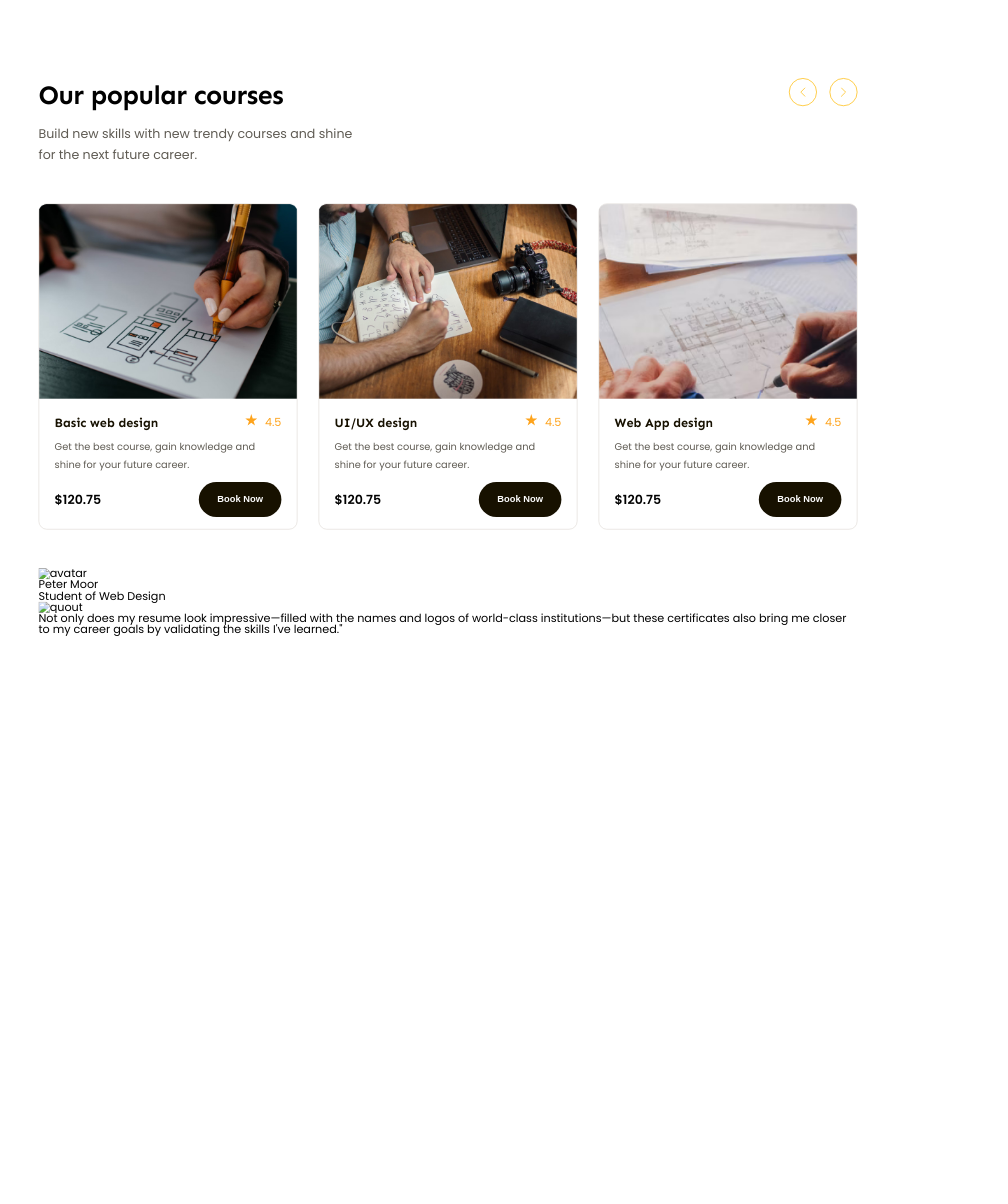
Repository: Toihoclaptrinh/duan1_figma
Page: index.html
The author's editor kept a copy of each file at every save. The page is drawn from the files as they stood at one save, then again after the next save.
The browser window is 1280 px wide. The page is 1280 px wide, then 1440 px, then 1280 px, so the pictures cover 1440 px, including what lies to the right of the window. The pictures show the part of the page from y = 991 to 2711 px (the page is 10000 px tall), at 70% of full size.

Above is the page before, as saved 2024-02-09 23:09:28.

### index.html
<!DOCTYPE html>
<html lang="en">
  <head>
    <meta charset="UTF-8" />
    <meta name="viewport" content="width=device-width, initial-scale=1.0" />
    <!-- reset css -->
    <link rel="stylesheet" href="./assets/css/reset.css" />
    <!-- embet font -->
    <link rel="preconnect" href="https://fonts.googleapis.com" />
    <link rel="preconnect" href="https://fonts.gstatic.com" crossorigin />
    <link
      href="https://fonts.googleapis.com/css2?family=Poppins:ital,wght@0,400;0,500;0,600;0,700;1,400&family=Sen:wght@700&display=swap"
      rel="stylesheet"
    />

    <!-- style css -->
    <link rel="stylesheet" href="./assets/css/style.css" />

    <title>Figma</title>
  </head>
  <body style="height: 10000px">
    <!-- header -->
    <header class="header fixed">
      <div class="main-content">
        <div class="body">
          <!-- logo -->
          <img src="./assets/icon/Lesson..svg" alt="Lesson" />
          <!-- navigation -->
          <nav class="nav">
            <ul>
              <li class="active">
                <a href="#!">Home</a>
              </li>
              <li>
                <a href="#!">Courses</a>
              </li>
              <li>
                <a href="#!">Pricing</a>
              </li>
              <li>
                <a href="#!">Reviews</a>
              </li>
            </ul>
          </nav>
          <!-- btn action -->
          <div class="action">
            <a href="#!" class="btn btn-sign-up">Sign Up</a>
          </div>
        </div>
      </div>
    </header>

    <main>
       <!-- code phần hero -->
      <div class="hero">
        <div class="main-content">
          <div class="body">
            <!-- hero left -->
            <div class="media-block">
              <img
                src="./assets/img/guy-lesson 1.jpg"
                alt="ảnh minh họa"
                class="img"
              />
              <div class="hero-summary">
                <!-- item 1 -->
                <div class="item">
                  <div class="icon">
                    <img src="./assets/icon/Design.svg" alt="icon design" />
                  </div>
                  <div class="info">
                    <p class="label">20 Courses</p>
                    <p class="title">UI/UX Design</p>
                  </div>
                </div>
                <!-- item 2 -->
                <div class="item">
                  <div class="icon icon2">
                    <img src="./assets/icon/Dev.svg" alt="icon dev" />
                  </div>
                  <div class="info">
                    <p class="label">20 Courses</p>
                    <p class="title">Development</p>
                  </div>
                </div>
                <!-- item 3 -->
                <div class="item">
                  <div class="icon icon3">
                    <img src="./assets/icon/Mark.svg" alt="icon marketing" />
                  </div>
                  <div class="info">
                    <p class="label">30 Courses</p>
                    <p class="title">Marketing</p>
                  </div>
                </div>
              </div>
            </div>
              <!-- hero-right -->
              <div class="contain-block">
                <h1 class="heading">
                  Learn without limits and spread knowledge.
                </h1>
                <p class="desc">
                  Build new skills for that “this is my year” feeling with
                  courses, certificates, and degrees from world-class
                  universities and companies.
                </p>
                <div class="cta-group">
                  <a href="#!" class="btn">See Courses</a>
                  <button class="watch-video">
                    <div class="icon">
                      <img src="./assets/icon/Polygon 2.svg" alt="play video" />
                    </div>
                    <span>Watch Video</span>
                  </button>
                </div>
                <p class="desc descRecent">Recent engagement</p>
                <p class="desc descstrong" >
                  <strong>50K</strong> Students <strong>70+</strong> Courses
                </p>
              </div>
          </div>
        </div>
        </div>
      </div>
       <!-- code phần pupular -->
      <div class="popular">
        <div class="main-content">
          <div class="pupular-top">
            <!-- khối bên trái  -->
            <div class="info">
              <h2 class="heading-lv2">Our popular courses</h2>
              <p class="desc">Build new skills with new trendy courses and shine for the next future career.</p>
            </div>
              <div class="controls">
                <button class="control-btn">
                  <svg width="8" height="14" viewBox="0 0 8 14" fill="none" xmlns="http://www.w3.org/2000/svg">
                    <path d="M7 1L1 7L7 13" stroke="currentColor" stroke-linecap="round" stroke-linejoin="round"/>
                    </svg>
                </button>
                <button class="control-btn">
                  <svg width="8" height="14" viewBox="0 0 8 14" fill="none" xmlns="http://www.w3.org/2000/svg">
                    <path d="M1 1L7 7L1 13" stroke="currentColor" stroke-linecap="round" stroke-linejoin="round"/>
                    </svg>
                </button>
              </div>
          </div>
          <div class="courses-list">
            <!-- khối thứ 1  -->
            <div class="courses-item">
              <a href="#!"><img src="./assets/img/thumb.jpg" alt="Basic web design" class="thumb"></a>
              <div class="info">
                <div class="head">
                  <h3 class="title"><a href="#!">Basic web design</a></h3>
                  <div class="rating">
                      <img src="./assets/icon/Star.svg" alt="star" class="star">
                      <span class="value">4.5</span>
                   </div>
                </div>

              <div class="desc">
                <p>Get the best course, gain knowledge and shine for your future career.</p>
              </div>
              <div class="foot">
                <span class="price">$120.75</span>
                <button class="btn">Book Now</button>
              </div>
            </div>
          </div>
            <!-- khối thứ 2 -->
            <div class="courses-item">
             <a href="#!"> <img src="./assets/img/thum2.jpg" alt="UI/UX design" class="thumb"></a>
              <div class="info">
                <div class="head">
                  <h3 class="title"><a href="#!">UI/UX design</a></h3>
                  <div class="rating">
                    <img src="./assets/icon/Star.svg" alt="star" class="star">
                      <span class="value">4.5</span>
                   </div>
                </div>

              <div class="desc">
                <p>Get the best course, gain knowledge and shine for your future career.</p>
              </div>
              <div class="foot">
                <span class="price">$120.75</span>
                <button class="btn">Book Now</button>
              </div>
            </div>
          </div>
            <!-- khối thứ 3 -->
            <div class="courses-item">
              <a href="#!"><img src="./assets/img/thumb3.png" alt="Web App design" class="thumb"></a>
              <div class="info">
                <div class="head">
                  <h3 class="title"><a href="#!">Web App design</a></h3>
                  <div class="rating">
                    <img src="./assets/icon/Star.svg" alt="star" class="star">
                      <span class="value">4.5</span>
                   </div>
                </div>
                <div class="desc">
                  <p>Get the best course, gain knowledge and shine for your future career.</p>
                </div>
                <div class="foot">
                  <span class="price">$120.75</span>
                  <button class="btn">Book Now</button>
                </div>
            </div>
          </div>
        </div>
        </div>
     </div>
     <!-- code phần feedback -->
     <div class="feedback">
        <div class="main-content">
          <div class="feedback-list">
            <div class="feedback-items">
              <!-- khối bên trái -->
                <div class="info">
                  <img src="#!" alt="avatar" class="avtar">
                  <p class="name">Peter Moor</p>
                  <p class="desc">Student of Web Design</p>
                  <div class="dots">
                    <span class="dot"></span>
                    <span class="dot"></span>
                    <span class="dot"></span>
                  </div>
                </div>
                <!-- khối bên phải -->
                <div class="describe">
                  <img src="#!" alt="quout" class="quot">
                  <p class="desc"> Not only does my resume look impressive—filled with the names and logos of
                    world-class institutions—but these certificates also bring me closer to my career goals by
                    validating the skills I've learned." </p>
                </div>
            </div>
          </div>
        </div>
     </div>
    </main>
  </body>
</html>

### assets/css/style.css
/* font
 font-family: 'Poppins', sans-serif;
font-family: 'Sen', sans-serif;
 */

/* Phần code chung */

:root {
  --font-heading: "Sen", sans-serif;
  --primary-color: #ffb900;
}

* {
  box-sizing: border-box;
}
html {
  font-size: 62.5%;
}
body {
  font-size: 1.6rem;
  font-family: "Poppins", sans-serif;
}

a {
  text-decoration: none;
}

.heading-lv2 {
  font-family: var(--font-heading);
  font-size: 3.8rem;
  font-weight: 700;
  line-height: 1.27;
  letter-spacing: -0.76px;
}

/* code phần khối giao diện */
.main-content {
  width: 1170px;
  margin-left: auto;
  margin-right: auto;
  max-width: calc(100% - 48px);
}

/* Phần header */
.header {
  background: #fffcf4;
}
.header.fixed {
  position: sticky;
  /* phần phía trên sign up cách phía trên 8px cho bằng với phần bên dưới,nên để top -28px(36px-8),để âm 28 để cho phần
  thừa ra bị ẩn đi */
  top: -28px;
  z-index: 1;
}

.header .body {
  display: flex;
  align-items: center;
  padding: 36px 0px 8px;
}

.nav ul {
  display: flex;
}
.nav {
  margin-left: auto;
}

/* Thanh điều hướng */
.nav a {
  position: relative;
  color: #5f5b53;
  font-size: 1.6rem;
  padding: 8px 21px;
}

/* Dùng shadow tạo hiệu ứng in đậm khi hover  */
.nav li.active a,
.nav a:hover {
  color: #171100;
  text-shadow: 1px 0px 0px currentColor;
}

/* tạo dấu gạch chân dưới Home */
.nav li.active a::after {
  left: 21px;
  bottom: 6px;
  position: absolute;
  display: block;
  content: "";
  width: 12px;
  height: 2px;
  border-radius: 1px;
  background: #171100;
}

/* sign-up  */
.btn {
  display: inline-block;
  line-height: 50px;
  padding: 0 16px;
  min-width: 118px;
  color: #fff;
  text-align: center;
  font-weight: 600;
  border-radius: 999px;
  background: #171100;
}

.btn:hover {
  opacity: 0.9;
}

.header .btn-sign-up {
  min-width: 144px;
}

.header .action {
  margin-left: 49px;
}

/* phần hero  */

.hero {
  padding: 56px 0 65px;
  background-color: #fffcf4;
}

.hero .body {
  display: flex;
}

/* =========== hero left ================== */

.hero .media-block {
  width: 48%;
  position: relative;
}

.hero .media-block .img {
  width: 470px;
  height: 685px;
  object-fit: cover;
  border-radius: 20px;
}

.hero .hero-summary {
  width: 270px;
  padding: 24px;
  position: absolute;
  bottom: 48px;
  left: 300px;
  border-radius: 20px;
  background-color: #ffffff;
}

.hero-summary .item {
  display: flex;
  align-items: center;
}

.hero-summary .item + .item {
  margin-top: 22px;
}

.hero-summary .icon {
  width: 48px;
  height: 48px;
  border-radius: 50%;
  display: flex;
  justify-content: center;
  background-color: #fff9e8;
}

.hero-summary .icon2 {
  background-color: #fcefff;
}

.hero-summary .icon2 {
  background-color: #ebeaff;
}

.hero-summary .info {
  margin-left: 16px;
}

.hero-summary .info .label {
  font-size: 1.4rem;
  line-height: 1.86;
  color: #5f5b53;
}

.hero-summary .info .title {
  font-size: 1.4rem;
  color: #171100;
  line-height: 1.67;
  font-weight: 600;
}

/* =============== hero right ======= */

.hero .contain-block {
  width: 52%;
  padding-left: 130px;
  padding-top: 64px;
}

.hero .heading {
  color: #171100;
  font-family: var(--font-heading);
  font-size: 5.8rem;
  font-weight: 700;
  line-height: 1.17;
  letter-spacing: -1.16px;
}

.hero .desc {
  margin-top: 22px;
  font-size: 1.8rem;
  line-height: 1.67;
  color: #5f5b53;
}

.hero .cta-group {
  display: flex;
  margin-top: 38px;
  align-items: center;
}

.hero .btn {
  min-width: 180px;
  background-color: var(--primary-color);
  line-height: 64px;
}

.hero .watch-video {
  margin-left: 28px;
  border: none;
  background-color: transparent;
  display: flex;
  align-items: center;
  cursor: pointer;
}

.hero .watch-video .icon {
  width: 40px;
  height: 40px;
  background-color: #ffffff;
  border-radius: 40px;
  display: flex;
  align-items: center;
  justify-content: center;
  box-shadow: rgba(67, 71, 85, 0.27) 0px 0px 0.25em,
    rgba(90, 125, 188, 0.05) 0px 0.25em 1em;
}

.hero .watch-video span {
  margin-left: 14px;
  font-size: 1.8rem;
  font-weight: 600;
  line-height: 1.67;
}

.hero .descRecent {
  margin-top: 48px;
}

.hero .descstrong strong {
  font-family: var(--font-heading);
  font-size: 4.4rem;
  font-weight: 700;
  line-height: 1.23;
  color: #171100;
  margin-right: 15px;
}

.hero .descstrong {
  margin-top: 8px;
}

.hero .descstrong strong:nth-child(2) {
  margin-left: 28px;
}

.popular {
  padding: 65px 0px 55px;
  margin-top: 135px;
}

.pupular-top {
  display: flex;
  justify-content: space-between;
}

.pupular-top .desc {
  width: 458px;
  color: #5f5b53;
  font-size: 1.8rem;
  font-weight: 400;
  line-height: 1.67;
  margin-top: 16px;
}

.pupular-top .controls {
  display: flex;
  gap: 18px;
}

.pupular-top .control-btn {
  background-color: transparent;
  width: 40px;
  height: 40px;
  border: 1px solid var(--primary-color);
  border-radius: 50%;
  display: flex;
  justify-content: center;
  align-items: center;
  color: #ffb900;
}

.pupular-top .control-btn:hover {
  background-color: #ffb900;
  color: #ffffff;
  cursor: pointer;
}

.popular .courses-list {
  display: flex;
  margin-top: 55px;
  justify-content: space-between;
  gap: 30px;
}

.popular .courses-list .courses-item {
  flex: 1;
  max-width: 370px;
  height: 466px;
  border-radius: 12px;
  border: 1px solid #e2dfda;
}

.popular .courses-list .courses-item:hover {
  box-shadow: 0px 18px 36px 0px #0000000d;
  border: none;
}
.popular .courses-item .thumb {
  width: 100%;
  height: 278px;
  object-fit: cover;
}

.popular .courses-item .info {
  margin: 16px 22px 22px;
}

.popular .courses-item .head {
  display: flex;
  align-items: center;
  justify-content: space-between;
}

.popular .courses-item .title a {
  color: #171100;
  font-family: var(--font-heading);
  font-size: 1.8rem;
  font-weight: 600;
  line-height: 1.67;
}

.courses-item .head .value {
  font-size: 1.6rem;
  font-weight: 400;
  line-height: 1.75;
  color: #fea31b;
  margin-left: 6px;
}

.popular .courses-item .desc {
  font-size: 1.4rem;
  font-weight: 400;
  line-height: 1.86;
  color: #5f5b53;
  margin-top: 6px;
}

.popular .courses-item .foot {
  display: flex;
  align-items: center;
  justify-content: space-between;
  margin: 12px 0px 22px;
}

.popular .courses-item .foot .price {
  font-size: 1.8rem;
  font-weight: 600;
  line-height: 1.67;
}

.popular .courses-item .foot .btn {
  border: none;
}

.courses-item .foot .btn:hover {
  background-color: #ffb900;
  color: #ffffff;
  cursor: pointer;
}

.feedback {
  width: 1440px
height: 380px
top: 1945px

}

Loaded but not shown: assets/css/reset.css (common file)

After the next save:
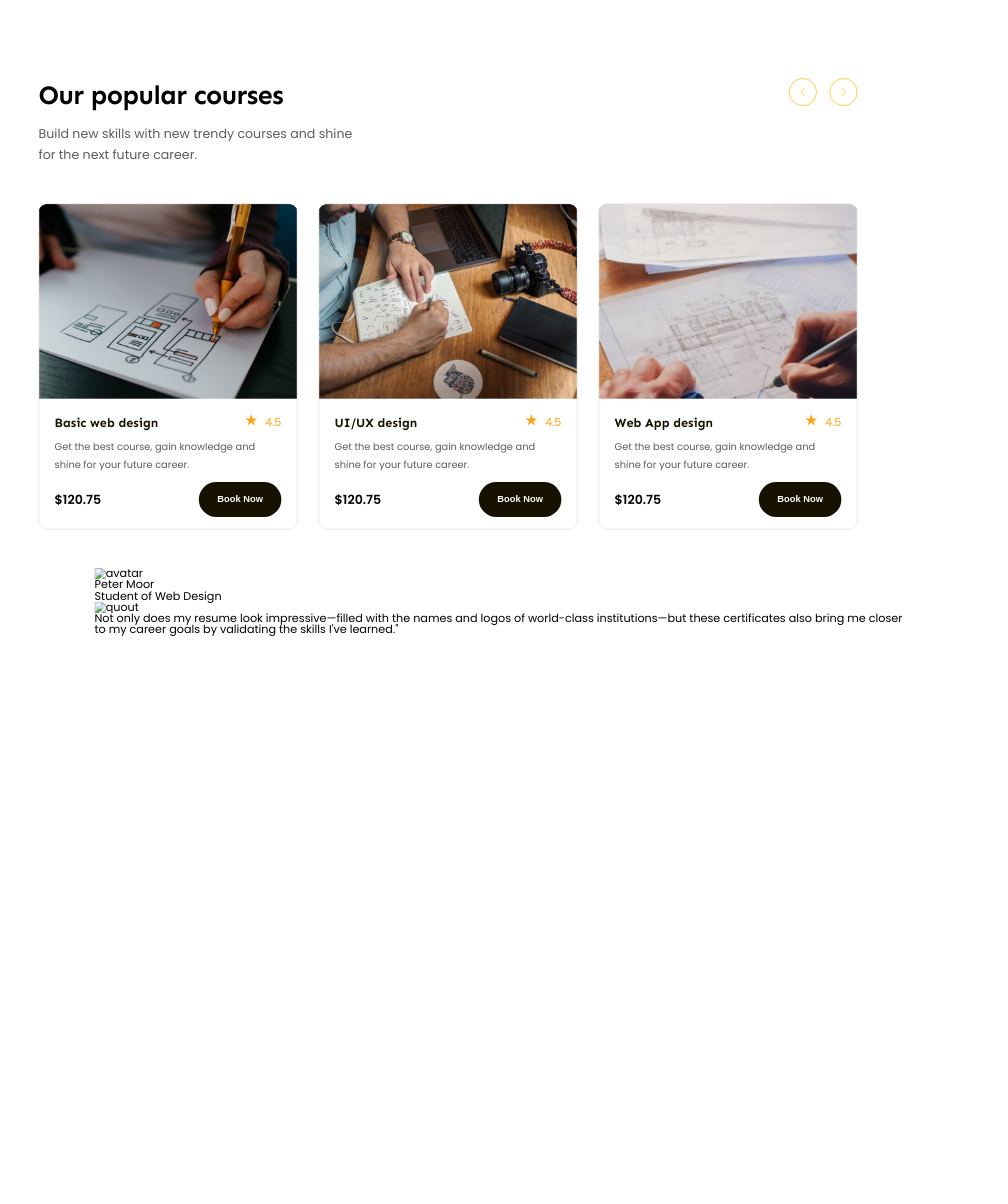
Saved 10 s later.
--- a/assets/css/style.css
+++ b/assets/css/style.css
@@ -407,8 +407,5 @@
 }
 
 .feedback {
-  width: 1440px
-height: 380px
-top: 1945px
-
-}
+  width: 1440px;
+}

After the save that followed:
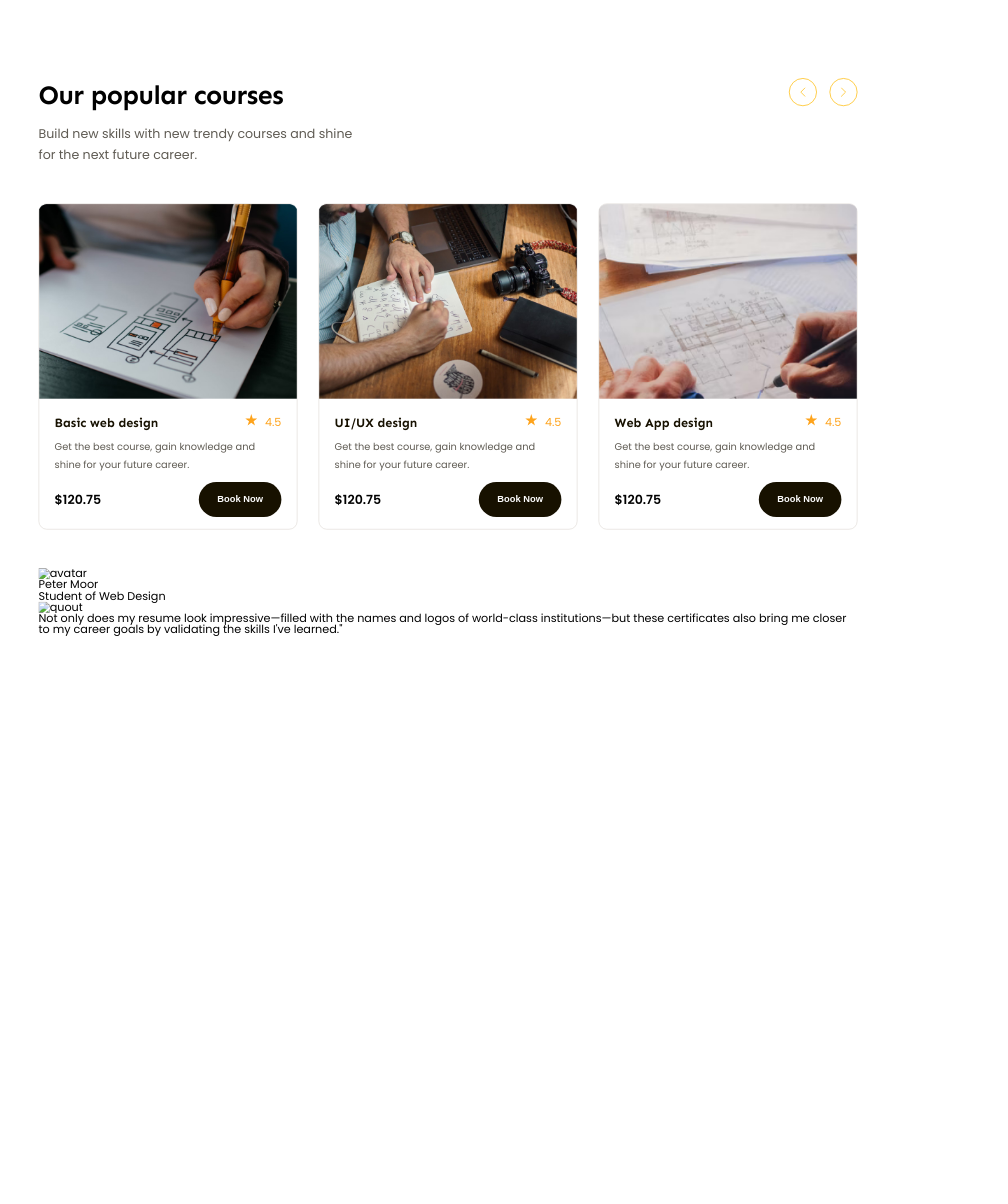
Saved 6 s later.
--- a/assets/css/style.css
+++ b/assets/css/style.css
@@ -406,6 +406,6 @@
   cursor: pointer;
 }
 
-.feedback {
+.feedback .item {
   width: 1440px;
 }
